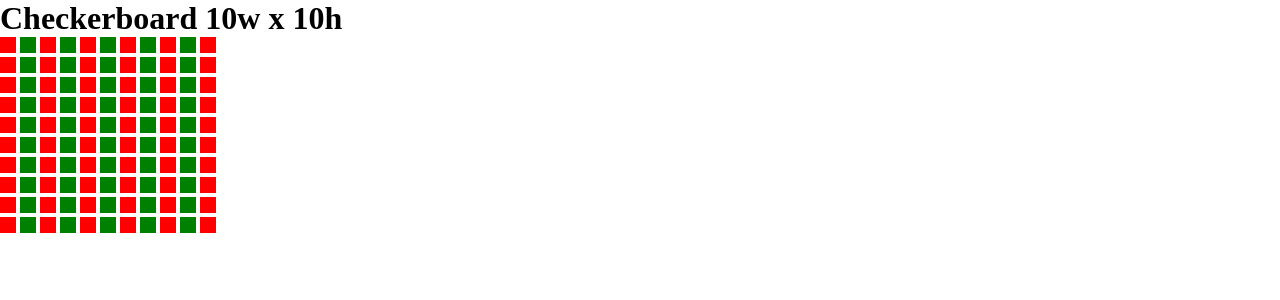
Repository: bchang1213/javaEE
Page: http://localhost/Checkerboard/view.jsp
The author's editor kept a copy of each file at every save. The page is drawn from the files as they stood at one save, then again after the next save.
The browser window is 1280 px wide. The pictures show the whole page.
The page is served by Tomcat 9.

Above is the page before, as saved 2017-10-05 20:45:21.

After the next save:
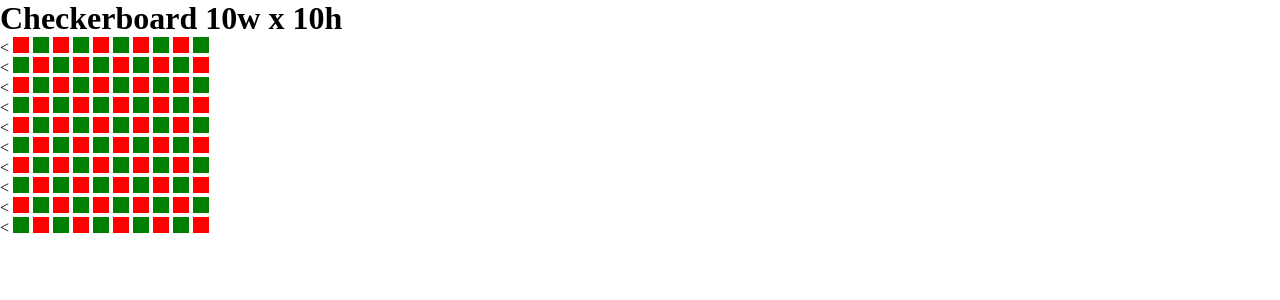
Saved 51 s later.
--- a/Checkerboard/WebContent/view.jsp
+++ b/Checkerboard/WebContent/view.jsp
@@ -30,7 +30,7 @@
 	<h1>Checkerboard <%= width %>w x <%=  height %>h</h1>
 	<div id="checkerboard">
 		<% for(int i = 1; i <= width;i++){ %>
-			<div class='block'></div>
+			<<!-- div class='block'></div> -->
 			<% for(int j = 1; j <= height;j++) { %>
 				<div class='block'></div>
 			<% } %>
